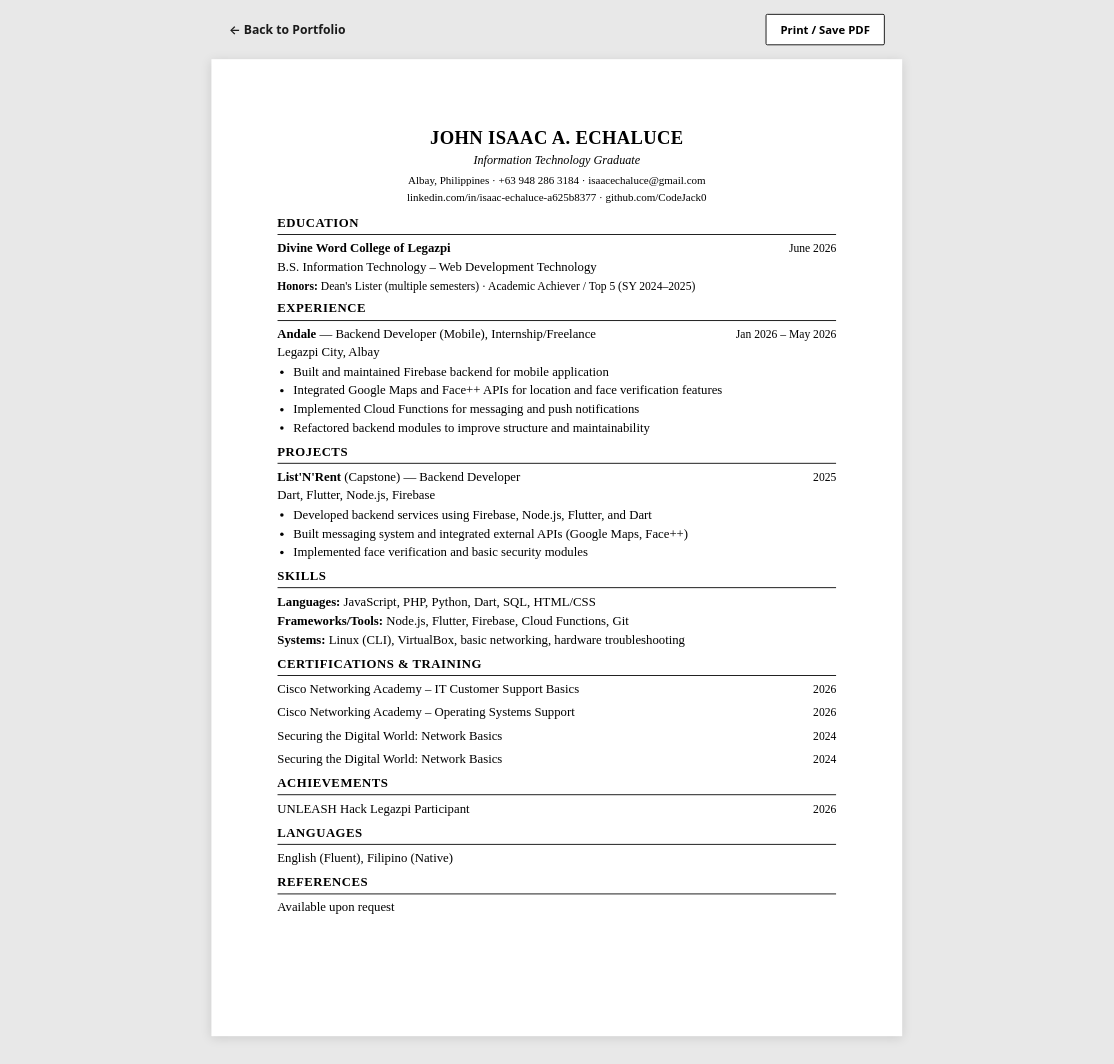
Repository: CodeJack0/Professional_Portfolio
Page: pages/resume.html
An editor plug-in stored every save of this project. The page is shown before and after the next save, followed by the edit.
The browser window is 1280 px wide. The pictures show the whole page, at 87% of full size.

Above is the page before, as saved 2026-05-29 20:59:42.

### pages/resume.html
<!DOCTYPE html>
<html lang="en">
<head>
  <meta charset="UTF-8" />
  <meta name="viewport" content="width=device-width, initial-scale=1.0" />
  <meta name="description" content="Resume / CV — John Isaac A. Echaluce, IT Graduate" />
  <title>Resume / CV — John Isaac A. Echaluce</title>
  <link rel="stylesheet" href="../css/resume.css" />
</head>
<body class="resume-page">
  <div class="resume-toolbar no-print">
    <a href="../index.html" class="toolbar-link">← Back to Portfolio</a>
    <button type="button" class="toolbar-btn" onclick="window.print()">Print / Save PDF</button>
  </div>

  <article class="resume-document" aria-label="Resume">
    <header class="resume-header">
      <h1 class="resume-name">John Isaac A. Echaluce</h1>
      <p class="resume-tagline">Information Technology Graduate</p>
      <p class="resume-contact-line">
        Albay, Philippines · <a href="tel:+639482863184">+63 948 286 3184</a> ·
        <a href="mailto:isaacechaluce@gmail.com">isaacechaluce@gmail.com</a>
      </p>
      <p class="resume-contact-line resume-contact-line--links">
        <a href="https://www.linkedin.com/in/isaac-echaluce-a625b8377/" rel="noopener noreferrer">linkedin.com/in/isaac-echaluce-a625b8377</a> ·
        <a href="https://github.com/CodeJack0" rel="noopener noreferrer">github.com/CodeJack0</a>
      </p>
    </header>

    <main class="resume-content">
      <section class="resume-section">
        <h2 class="resume-section-title">Education</h2>

        <div class="entry">
          <div class="entry-row">
            <span class="entry-left"><strong>Divine Word College of Legazpi</strong></span>
            <span class="entry-right">June 2026</span>
          </div>
          <div class="entry-row entry-row--sub">
            <span class="entry-left">B.S. Information Technology – Web Development Technology</span>
          </div>
          <p class="honors-line">
            <strong>Honors:</strong> Dean's Lister (multiple semesters) · Academic Achiever / Top 5 (SY 2024–2025)
          </p>
        </div>
      </section>

      <section class="resume-section">
        <h2 class="resume-section-title">Experience</h2>

        <div class="entry">
          <div class="entry-row">
            <span class="entry-left"><strong>Andale</strong> — Backend Developer (Mobile), Internship/Freelance</span>
            <span class="entry-right">Jan 2026 – May 2026</span>
          </div>
          <div class="entry-row entry-row--sub">
            <span class="entry-left">Legazpi City, Albay</span>
          </div>
          <ul class="resume-list">
            <li>Built and maintained Firebase backend for mobile application</li>
            <li>Integrated Google Maps and Face++ APIs for location and face verification features</li>
            <li>Implemented Cloud Functions for messaging and push notifications</li>
            <li>Refactored backend modules to improve structure and maintainability</li>
          </ul>
        </div>
      </section>

      <section class="resume-section">
        <h2 class="resume-section-title">Projects</h2>

        <div class="entry">
          <div class="entry-row">
            <span class="entry-left"><strong>List'N'Rent</strong> (Capstone) — Backend Developer</span>
            <span class="entry-right">2025</span>
          </div>
          <div class="entry-row entry-row--sub">
            <span class="entry-left">Dart, Flutter, Node.js, Firebase</span>
          </div>
          <ul class="resume-list">
            <li>Developed backend services using Firebase, Node.js, Flutter, and Dart</li>
            <li>Built messaging system and integrated external APIs (Google Maps, Face++)</li>
            <li>Implemented face verification and basic security modules</li>
          </ul>
        </div>


      <section class="resume-section">
        <h2 class="resume-section-title">Skills</h2>
        <p class="skills-line"><strong>Languages:</strong> JavaScript, PHP, Python, Dart, SQL, HTML/CSS</p>
        <p class="skills-line"><strong>Frameworks/Tools:</strong> Node.js, Flutter, Firebase, Cloud Functions, Git</p>
        <p class="skills-line"><strong>Systems:</strong> Linux (CLI), VirtualBox, basic networking, hardware troubleshooting</p>
      </section>

      <section class="resume-section">
        <h2 class="resume-section-title">Certifications & Training</h2>

        <div class="entry entry--compact">
          <div class="entry-row">
            <span class="entry-left">Cisco Networking Academy – IT Customer Support Basics</span>
            <span class="entry-right">2026</span>
          </div>
        </div>

        <div class="entry entry--compact">
          <div class="entry-row">
            <span class="entry-left">Cisco Networking Academy – Operating Systems Support</span>
            <span class="entry-right">2026</span>
          </div>
        </div>

        <div class="entry entry--compact">
          <div class="entry-row">
            <span class="entry-left">Securing the Digital World: Network Basics</span>
            <span class="entry-right">2024</span>
          </div>
        </div>

        <div class="entry entry--compact">
          <div class="entry-row">
            <span class="entry-left">Securing the Digital World: Network Basics</span>
            <span class="entry-right">2024</span>
          </div>
        </div>
      </section>

      <section class="resume-section">
        <h2 class="resume-section-title">Achievements</h2>
        <div class="entry entry--compact">
          <div class="entry-row">
            <span class="entry-left">UNLEASH Hack Legazpi Participant</span>
            <span class="entry-right">2026</span>
          </div>
        </div>
      </section>

      <section class="resume-section">
        <h2 class="resume-section-title">Languages</h2>
        <p class="skills-line">English (Fluent), Filipino (Native)</p>
      </section>

      <section class="resume-section">
        <h2 class="resume-section-title">References</h2>
        <p class="skills-line">Available upon request</p>
      </section>
    </main>
  </article>
</body>
</html>

### css/resume.css
/* Harvard-style resume — conservative, single column, print-first (A4) */

:root {
  --resume-page-width: 210mm;
  --resume-page-height: 297mm;
  --resume-page-margin: 20mm;
}

*,
*::before,
*::after {
  box-sizing: border-box;
}

body.resume-page {
  margin: 0;
  font-family: "Times New Roman", Times, Georgia, serif;
  font-size: 11pt;
  line-height: 1.35;
  color: #000;
  background: #e8e8e8;
  -webkit-font-smoothing: antialiased;
}

/* Toolbar (screen only) */
.resume-toolbar {
  display: flex;
  align-items: center;
  justify-content: space-between;
  max-width: var(--resume-page-width);
  margin: 0 auto;
  padding: 1rem 1.25rem;
  gap: 1rem;
  font-family: system-ui, -apple-system, sans-serif;
}

.toolbar-link {
  font-size: 0.875rem;
  font-weight: 600;
  color: #1a1a1a;
  text-decoration: none;
}

.toolbar-link:hover {
  text-decoration: underline;
}

.toolbar-btn {
  font-family: inherit;
  font-size: 0.8125rem;
  font-weight: 600;
  padding: 0.5rem 1rem;
  border: 1px solid #000;
  border-radius: 2px;
  background: #fff;
  color: #000;
  cursor: pointer;
}

.toolbar-btn:hover {
  background: #f5f5f5;
}

/* Document */
.resume-document {
  width: 100%;
  max-width: var(--resume-page-width);
  min-height: var(--resume-page-height);
  margin: 0 auto 2rem;
  padding: var(--resume-page-margin);
  background: #fff;
  box-shadow: 0 2px 12px rgba(0, 0, 0, 0.12);
}

/* Header */
.resume-header {
  text-align: center;
  margin-bottom: 0.65rem;
}

.resume-name {
  font-size: 16pt;
  font-weight: 700;
  margin: 0 0 0.25rem;
  letter-spacing: 0.02em;
  text-transform: uppercase;
}

.resume-tagline {
  margin: 0;
  font-size: 10.5pt;
  font-style: italic;
}

.resume-summary {
  margin: 0.35rem auto 0;
  max-width: 95%;
  font-size: 10pt;
  line-height: 1.4;
  text-align: center;
}

.resume-contact-line {
  margin: 0.2rem 0 0;
  font-size: 9.5pt;
  line-height: 1.45;
}

.resume-contact-line--links {
  margin-top: 0.1rem;
}

.resume-contact-line a {
  color: inherit;
  text-decoration: none;
}

.resume-contact-line a:hover {
  text-decoration: underline;
}

.honors-line {
  margin: 0.2rem 0 0;
  font-size: 10pt;
  line-height: 1.35;
}

.entry-note {
  margin: 0.15rem 0 0;
  font-size: 9.5pt;
  font-style: italic;
  line-height: 1.35;
}

/* Sections */
.resume-content {
  margin: 0;
}

.resume-section {
  margin-bottom: 0.45rem;
}

.entry--compact {
  margin-bottom: 0.2rem;
}

.resume-two-col {
  display: grid;
  grid-template-columns: 1fr 1fr;
  gap: 1.25rem;
  align-items: start;
}

.resume-two-col .resume-section-title {
  margin-top: 0;
}

.resume-section--combined {
  margin-bottom: 0;
}

.skills-line--muted {
  font-size: 9.5pt;
  font-style: italic;
}

.resume-section:last-child {
  margin-bottom: 0;
}

.resume-section-title {
  font-size: 11pt;
  font-weight: 700;
  text-transform: uppercase;
  letter-spacing: 0.04em;
  margin: 0.5rem 0 0.35rem;
  padding-bottom: 0.15rem;
  border-bottom: 1px solid #000;
}

.resume-section:first-child .resume-section-title {
  margin-top: 0;
}

/* Entries */
.entry {
  margin-bottom: 0.45rem;
}

.entry:last-child {
  margin-bottom: 0;
}

.entry-row {
  display: flex;
  justify-content: space-between;
  align-items: baseline;
  gap: 1rem;
}

.entry-row--sub {
  margin-top: 0.05rem;
}

.entry-left {
  flex: 1;
  min-width: 0;
}

.entry-right {
  flex-shrink: 0;
  white-space: nowrap;
  font-size: 10pt;
}

/* Lists */
.resume-list {
  margin: 0.2rem 0 0;
  padding-left: 1.15rem;
}

.resume-list li {
  margin-bottom: 0.1rem;
}

.resume-list--plain {
  list-style: disc;
  padding-left: 1.15rem;
}

/* Skills */
.skills-line {
  margin: 0.15rem 0 0;
}

.skills-line:first-of-type {
  margin-top: 0.1rem;
}

.resume-section--inline .skills-line {
  margin-top: 0.1rem;
}

/* Responsive */
@media (max-width: 640px) {
  .resume-document {
    min-height: auto;
    padding: 1rem;
  }

  .resume-contact-line {
    font-size: 9pt;
  }

  .entry-row {
    flex-direction: column;
    gap: 0.1rem;
  }

  .entry-right {
    white-space: normal;
  }

  .resume-two-col {
    grid-template-columns: 1fr;
    gap: 0.5rem;
  }
}

/* Print */
@media print {
  @page {
    size: A4;
    margin: 0;
  }

  body.resume-page {
    background: #fff;
    font-size: 11pt;
  }

  .no-print {
    display: none !important;
  }

  .resume-document {
    max-width: none;
    min-height: auto;
    margin: 0;
    padding: var(--resume-page-margin);
    box-shadow: none;
  }

  .resume-contact-line a {
    text-decoration: none;
  }

  .entry,
  .resume-section {
    break-inside: avoid;
  }
}

After the next save:
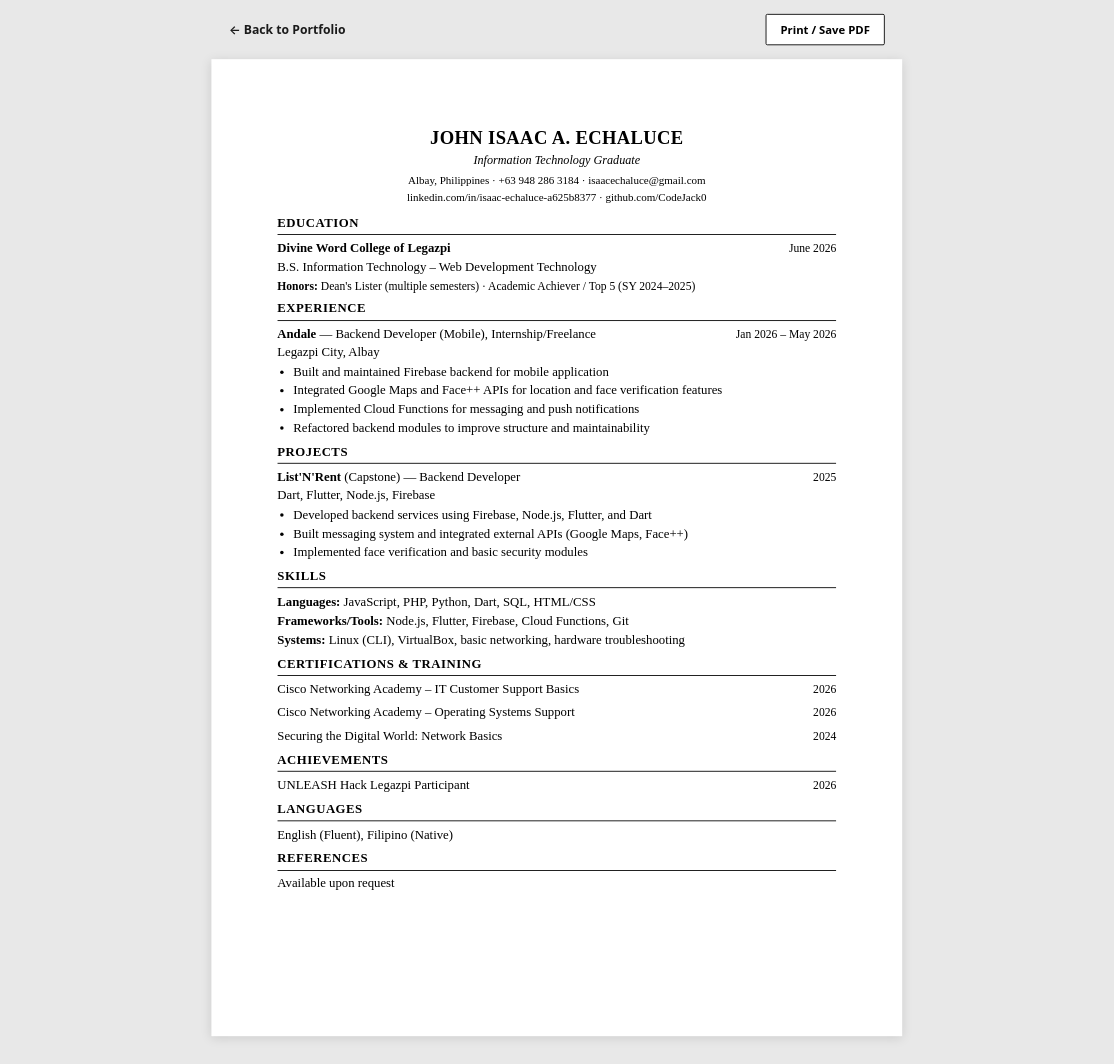
Saved 8 s later.
--- a/pages/resume.html
+++ b/pages/resume.html
@@ -114,13 +114,6 @@
             <span class="entry-right">2024</span>
           </div>
         </div>
-
-        <div class="entry entry--compact">
-          <div class="entry-row">
-            <span class="entry-left">Securing the Digital World: Network Basics</span>
-            <span class="entry-right">2024</span>
-          </div>
-        </div>
       </section>
 
       <section class="resume-section">
